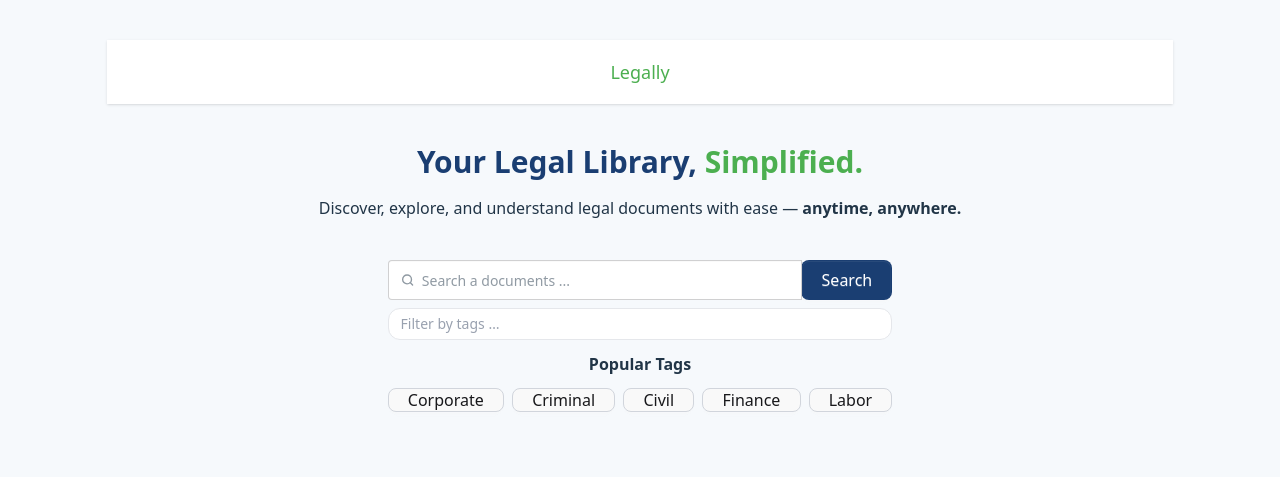
Repository: OdinPie/legal-search-acmeai
Page: / (app in legal-frontend/)
The author's editor kept a copy of each file at every save. The page is drawn from the files as they stood at one save, then again after a run of saves.
The browser window is 1280 px wide. The pictures show the whole page.
The project was rebuilt for these pictures with package versions that can differ from the ones it lists, and the page was loaded fresh each time. Also part of the build but not shown: legal-frontend/vite.config.js.

Above is the page before, as saved 2025-11-06 00:00:58.

### legal-frontend/index.html
<!doctype html>
<html lang="en">
  <head>
    <meta charset="UTF-8" />
    <link rel="icon" type="image/svg+xml" href="/vite.svg" />
    <meta name="viewport" content="width=device-width, initial-scale=1.0" />
    <title>legal-frontend</title>
  </head>
  <body>
    <div id="root"></div>
    <script type="module" src="/src/main.jsx"></script>
  </body>
</html>

### legal-frontend/src/App.jsx
import './App.css'
import Home from './pages/Home'

function App() {

  return (
    <>
      <Home></Home>
    </>
  )
}

export default App

### legal-frontend/src/App.css
@import "tailwindcss";

@plugin "daisyui";

### legal-frontend/src/pages/Home.jsx
import React from 'react';
import SearchSection from '../components/SearchSection';
import Navbar from '../components/Navbar';
import Banner from '../components/Banner';
const Home = () => {
    return (
        <div className='bg-[#F6F9FC] min-h-screen min-w-screen'>
            <Navbar></Navbar>
            <Banner></Banner>
            {/* <SearchSection></SearchSection> */}
            {/* Your Legal Library, Simplified.
                Discover, explore, and understand legal documents with ease — anytime, anywhere. */}
        </div>
    );
};

export default Home;

### legal-frontend/src/components/SearchSection.jsx
import { useState } from "react";
import TagBar from "./TagBar";

export default function SearchSection() {

  const [query, setQuery] = useState("");
  const [keywords, setKeywords] = useState([]);

  return (
    <div className="my-10">
      <div className="join w-full max-w-2xl mx-auto">
    <label className="input validator join-item flex-1 min-w-0">
      <svg className="h-[1em] opacity-50" xmlns="http://www.w3.org/2000/svg" viewBox="0 0 24 24">
    <g
      strokeLinejoin="round"
      strokeLinecap="round"
      strokeWidth="2.5"
      fill="none"
      stroke="currentColor"
    >
      <circle cx="11" cy="11" r="8"></circle>
      <path d="m21 21-4.3-4.3"></path>
    </g>
  </svg>
      <input className="grow" type="text" placeholder="Search a documents ..." required />
    </label>

  <button className="btn join-item !bg-[#1A3E72] !text-white" >Search</button>
</div>
    <TagBar value={keywords} onChange={setKeywords} />
    </div>
  );
}

### legal-frontend/src/components/Navbar.jsx
export default function Navbar() {

  return (
    <div className="flex justify-center sticky top-10 ">
        <div className="navbar bg-base-100 shadow-sm sticky z-10 w-10/12">
    <div className="flex justify-center w-full">
        <a className="btn btn-ghost text-lg !text-[#4CAF50]">Legally</a>
    </div>
    </div>
    </div>
  );
}

### legal-frontend/src/components/Banner.jsx
import React from 'react';
import SearchSection from './SearchSection';

const Banner = () => {
    return (
        <div>
            <div className='flex flex-col items-center justify-center text-center mt-20'>
                {/*Banner writings here  */}
                <h1 className='!text-3xl font-bold text-[#1A3E72]'>Your Legal Library, <span className='text-[#4CAF50]'>Simplified.</span></h1>
                <p className='mt-4'>Discover, explore, and understand legal documents with ease — <span className='font-bold'>anytime, anywhere.</span></p>
                <SearchSection></SearchSection>
            </div>
        </div>
    );
};

export default Banner;

### legal-frontend/src/components/TagBar.jsx
import { useState, useRef } from "react";

const maxTags = 5;
 const suggetions = ["Corporate", "Criminal", "Civil", "Finance", "Labor"];

export default function TagBar({ value = [], onChange }) {
  const [input, setInput] = useState("");

  const addTag = (raw) => {
    const tag = raw.trim();
    if (!tag) return;
    const norm = tag.toLowerCase();
    const has = value.some(t => t.toLowerCase() === norm);
    if (has || value.length >= maxTags) return;  // if it already exists in the tag list or tag list already filled up? --> return
    onChange([...value, tag]);
    setInput("");
  };

  const removeTag = (tag) => {
    onChange(value.filter(t => t !== tag))
  };

  const handleKeyDown = (e) => {
    if (["Enter", ","," "].includes(e.key)) {
      e.preventDefault();
      addTag(input);
        }  else if (e.key === "Backspace" && !input && value.length) {
      removeTag(value[value.length - 1]);  // remove the last node
       }
  };

  const atLimit = value.length >= maxTags;

  return (
    <div className="my-2">
      <div
        className="flex items-center gap-2 overflow-clip no-scrollbar h-8 w-full rounded-xl border border-gray-200 bg-white px-3"
      >
        {value.map(tag => (
          <span
            key={tag}
            className="flex items-center gap-1 rounded-full bg-blue-50 text-blue-800 border border-blue-200 badge !text-sm">
              {tag}
            <button
              onClick={() => removeTag(tag)}
              className="size-1 flex justify-center items-center rounded-full hover:!bg-red-100"
            >
              ✕
            </button>
          </span>
        ))}

        <input
          value={input}
          onChange={(e) => setInput(e.target.value)}
          onKeyDown={handleKeyDown}
          disabled={atLimit}
          placeholder={atLimit ? "Max tags reached" : "Filter by tags …"}
          className="min-w-[8ch] flex-1 bg-transparent outline-none text-sm placeholder-gray-400"
        />
      </div>

      <div>
        <p className="font-bold my-3">Popular Tags</p>
        <div className="flex justify-center gap-2">
        {suggetions.map(s => {
          const taken = value.some(t => t.toLowerCase() === s.toLowerCase());
          return (
            <button
              key={s}
              disabled={taken || atLimit}
              onClick={() => addTag(s)}
              className={`btn btn-xs text-sm
                ${taken ? "!border-gray-200 !text-gray-400 !cursor-not-allowed"
                        : "!border-gray-300 hover:!bg-blue-50 hover:!border-blue-400"}`}
            >
              {s}
            </button>
          );
        })}
      </div>
      </div>
    </div>
  );
}

Loaded but not shown: legal-frontend/src/main.jsx (common file); legal-frontend/src/index.css (common file)

After the next 2 saves:
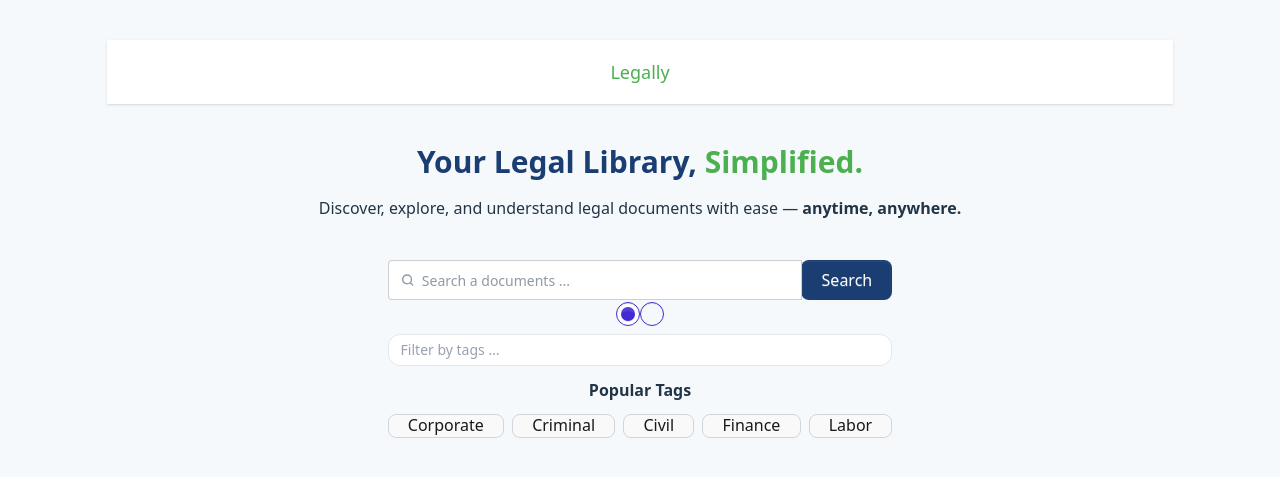
The 2 saves are shown as one change because they came seconds apart.
The last was saved 2 min 0 s later.
--- a/legal-frontend/src/components/SearchSection.jsx
+++ b/legal-frontend/src/components/SearchSection.jsx
@@ -27,6 +27,8 @@ export default function SearchSection() {
 
   <button className="btn join-item !bg-[#1A3E72] !text-white" >Search</button>
 </div>
+<input type="radio" name="radio-4" className="radio radio-primary" defaultChecked />
+<input type="radio" name="radio-4" className="radio radio-primary" />
     <TagBar value={keywords} onChange={setKeywords} />
     </div>
   );
